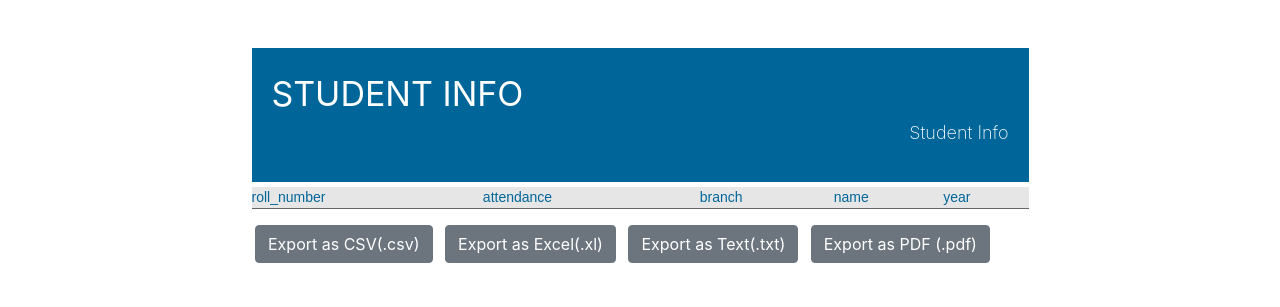
Repository: supranshu/CrystalReportGenerator
Page: http://localhost/produce_report
These files come from the project's save history. The page is drawn as it stood at one moment and after the next save; the edit follows.
The browser window is 1280 px wide. The pictures show the whole page.
The page is this project's Thymeleaf template; nobody is signed in. The template is opened directly, without the code that normally fills it, so the values that code supplies are empty.

Above is the page before, as saved 2023-08-07 13:20:37.

After the next save:
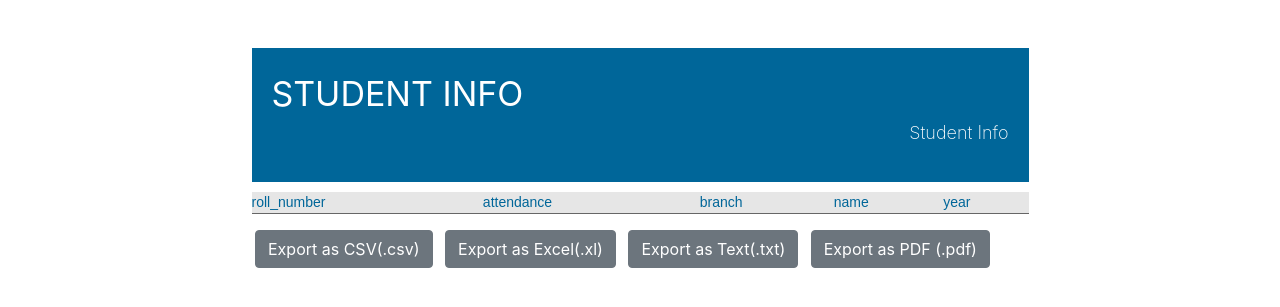
Saved 8 s later.
--- a/com.report/src/main/resources/templates/produce_report.html
+++ b/com.report/src/main/resources/templates/produce_report.html
@@ -30,7 +30,7 @@
             font-weight: 100;
             background-color: #E6E6E6;
             color: #006699;
-            padding: 5px 0px 0;
+            padding: 10px 0px 0;
 
 
         }
